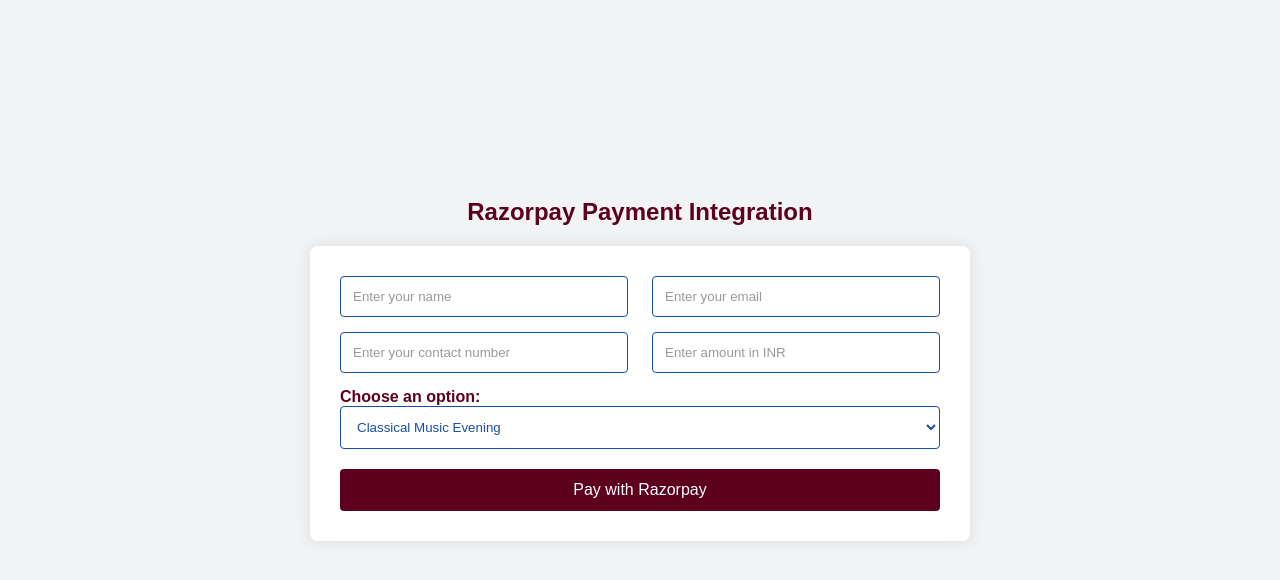
Repository: SharonSebastian32/razorpaypaymentgateway_implementation
Page: bookEventpage.html
An editor plug-in stored every save of this project. The page is shown before and after the next save, followed by the edit.
The browser window is 1280 px wide. The pictures show the whole page.

Above is the page before, as saved 2024-08-09 07:41:39.

### bookEventpage.html
<!DOCTYPE html>
<html lang="en">
  <head>
    <meta charset="UTF-8" />
    <meta name="viewport" content="width=device-width, initial-scale=1.0" />
    <title>Razorpay Payment Integration</title>
    <style>
      :root {
        --primary-blue:#5D001E ;
        --light-blue: #e8f0fe;
        --dark-blue: #174ea6;
        --white: #ffffff;
        --light-gray: #f1f3f4;
      }

      body {
        font-family: Arial, sans-serif;
        background-color: var(--light-gray);
        display: flex;
        justify-content: center;
        align-items: center;
        height: 100vh;
        margin: 0;
      }

      h2 {
        text-align: center;
        color: var(--primary-blue);
        margin-bottom: 20px;
      }

      #paymentForm {
        background-color: var(--white);
        padding: 30px;
        border-radius: 8px;
        box-shadow: 0 0 15px rgba(0, 0, 0, 0.1);
        width: 600px;
      }

      .form-row {
        display: flex;
        justify-content: space-between;
        margin-bottom: 15px;
      }

      .form-group {
        flex: 0 0 48%;
      }

      input,
      select {
        width: 100%;
        padding: 12px;
        border: 1px solid var(--dark-blue);
        border-radius: 4px;
        box-sizing: border-box;
        background-color: var(--white);
        color: var(--dark-blue);
        transition: border-color 0.3s ease;
      }

      input:focus,
      select:focus {
        outline: none;
        border-color: var(--primary-blue);
      }

      input::placeholder {
        color: #999;
      }

      label {
        display: block;
        margin-top: 15px;
        color: var(--primary-blue);
        font-weight: bold;
      }

      #rzp-button1 {
        width: 100%;
        padding: 12px;
        background-color: var(--primary-blue);
        color: var(--white);
        border: none;
        border-radius: 4px;
        cursor: pointer;
        font-size: 16px;
        margin-top: 20px;
        transition: background-color 0.3s ease;
      }

      #rzp-button1:hover {
        background-color: var(--dark-blue);
      }
    </style>
  </head>
  <body>
    <div>
      <h2>Razorpay Payment Integration</h2>
      <form id="paymentForm">
        <div class="form-row">
          <div class="form-group">
            <input
              type="text"
              id="name"
              placeholder="Enter your name"
              required
            />
          </div>
          <div class="form-group">
            <input
              type="email"
              id="email"
              placeholder="Enter your email"
              required
            />
          </div>
        </div>
        <div class="form-row">
          <div class="form-group">
            <input
              type="text"
              id="contact"
              placeholder="Enter your contact number"
              required
            />
          </div>
          <div class="form-group">
            <input
              type="text"
              id="amount"
              placeholder="Enter amount in INR"
              required
            />
          </div>
        </div>
        <label for="choices">Choose an option:</label>
        <select id="choices" name="choices">
          <!-- Options will be dynamically generated here -->
        </select>
        <button id="rzp-button1" type="submit">Pay with Razorpay</button>
      </form>
    </div>

    <!--------------------------paymentGatewayScripts--------------->
    <script src="./Script/paymentGateway.js"></script>

    <!--------------------------razorpayScript ---------------------->
    <script src="https://checkout.razorpay.com/v1/checkout.js"></script>
  </body>
</html>

### Script/paymentGateway.js
document.getElementById("paymentForm").addEventListener("submit", function (e) {
  e.preventDefault();
  var name = document.getElementById("name").value;
  var email = document.getElementById("email").value;
  var contact = document.getElementById("contact").value;
  var amount = document.getElementById("amount").value * 100;
  // Convert amount to paise

  var options = {
    key: "rzp_test_gCzBTQcb92KH3e", // Enter the Key ID generated from the Dashboard
    amount: amount.toString(), // Amount in currency subunits (100 paise = 1 INR)
    currency: "INR",
    name: "Ozwalz Events",
    description: "Thank You for booking event with Ozwalz Events",
    image: "./assets/images/logo.png",

    handler: function (response) {
      // Handle the response from Razorpay after payment
      // You can redirect to another page or save the response to your database
    },
    prefill: {
      name: name,
      email: email,
      contact: contact,
    },
    notes: {
      description: "Thank You for booking event with Ozwalz Events",
    },
    theme: {
      color: "#red",
    },
  };

  var rzp1 = new Razorpay(options);
  rzp1.open();
});

// API FOR FETCHING EVENTNAME

let eventData;

fetch("./JSON/event.json")
  .then((response) => response.json())
  .then((data) => {
    eventData = data;

    // Populate the select element with event names
    const selectElement = document.getElementById("choices");
    data.forEach((event) => {
      const option = document.createElement("option");
      option.value = event.id;
      option.text = event.eventName;
      selectElement.add(option);
    });

    // Add event listener to the select element
    selectElement.addEventListener("change", updatePriceInput);
  })
  .catch((error) => console.error("Error:", error));

function updatePriceInput() {
  const selectedEventId = document.getElementById("choices").value;
  const selectedEvent = eventData.find((event) => event.id === selectedEventId);

  if (selectedEvent) {
    document.getElementById("amount").value = selectedEvent.price.basePrice;
  } else {
    document.getElementById("amount").value = "";
  }
}

Loaded but not shown: JSON/event.json (899 lines, source omitted)

After the next save:
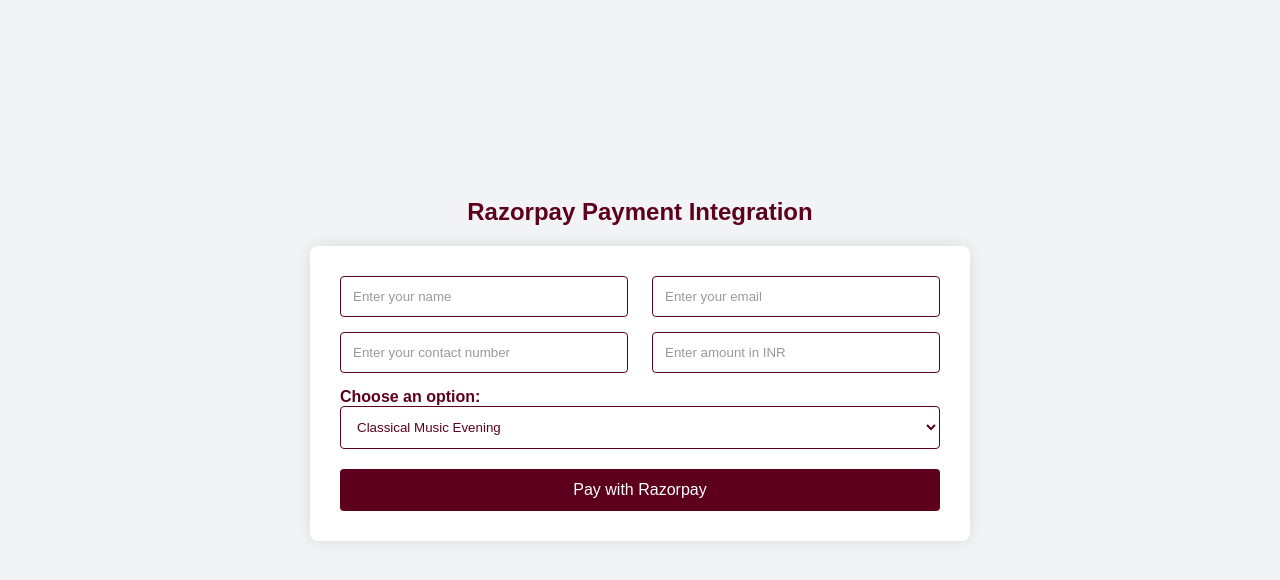
Saved 14 s later.
--- a/bookEventpage.html
+++ b/bookEventpage.html
@@ -8,7 +8,7 @@
       :root {
         --primary-blue:#5D001E ;
         --light-blue: #e8f0fe;
-        --dark-blue: #174ea6;
+        --dark-blue: #5D001E;
         --white: #ffffff;
         --light-gray: #f1f3f4;
       }
